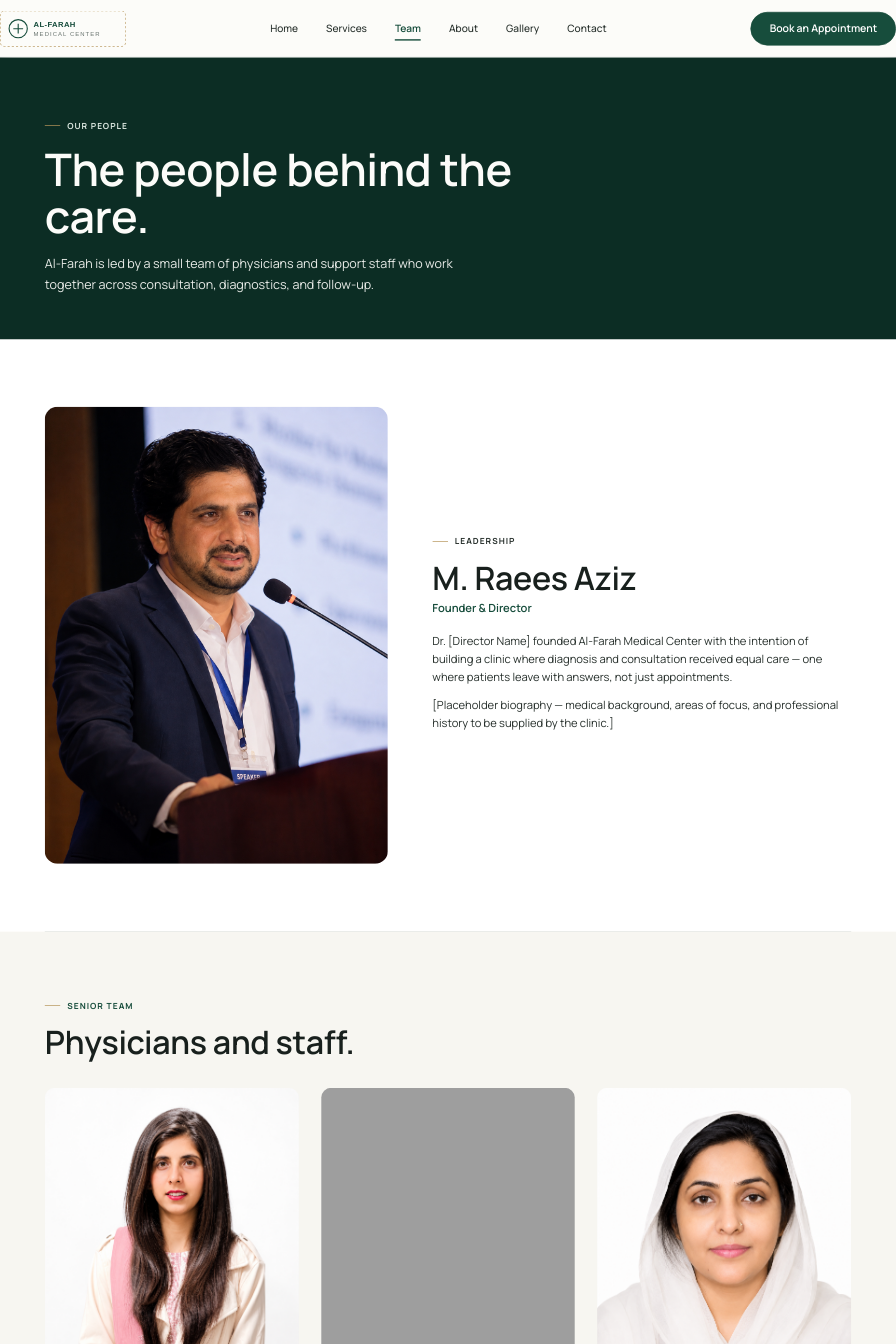
Repository: mraeesaziz45/al-farah
Page: team.html
The author's editor kept a copy of each file at every save. The page is drawn from the files as they stood at one save, then again after the next save.
The browser window is 1280 px wide. The pictures show the part of the page from y = 0 to 1920 px (the page is 3806 px tall before and 3770 px after), at 70% of full size.
Pictures or frames that could not be fetched are drawn as grey boxes.

Above is the page before, as saved 2026-09-05 19:43:47.

After the next save:
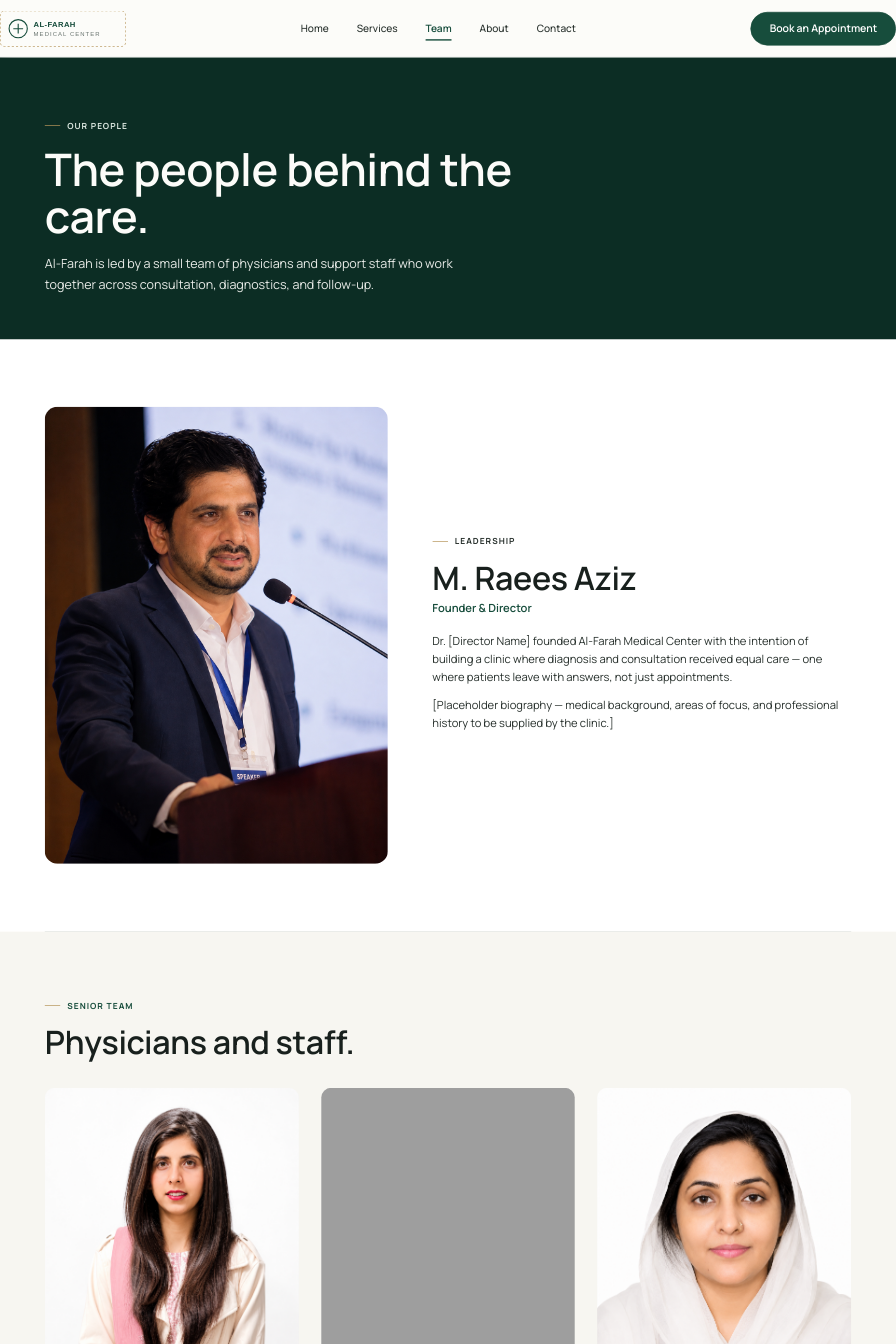
Saved 2 days later.
--- a/team.html
+++ b/team.html
@@ -26,7 +26,6 @@
       <a href="services.html">Services</a>
       <a href="team.html" aria-current="page">Team</a>
       <a href="about.html">About</a>
-      <a href="gallery.html">Gallery</a>
       <a href="contact.html">Contact</a>
     </nav>
     <div class="header-actions">
@@ -50,7 +49,6 @@
     <a href="services.html">Services</a>
     <a href="team.html" aria-current="page">Team</a>
     <a href="about.html">About</a>
-    <a href="gallery.html">Gallery</a>
     <a href="contact.html">Contact</a>
   </nav>
   <div class="mobile-menu-cta">
@@ -161,7 +159,6 @@
         <li><a href="services.html">Services</a></li>
         <li><a href="team.html">Team</a></li>
         <li><a href="about.html">About</a></li>
-        <li><a href="gallery.html">Gallery</a></li>
         <li><a href="contact.html">Contact</a></li>
       </ul>
     </div>
